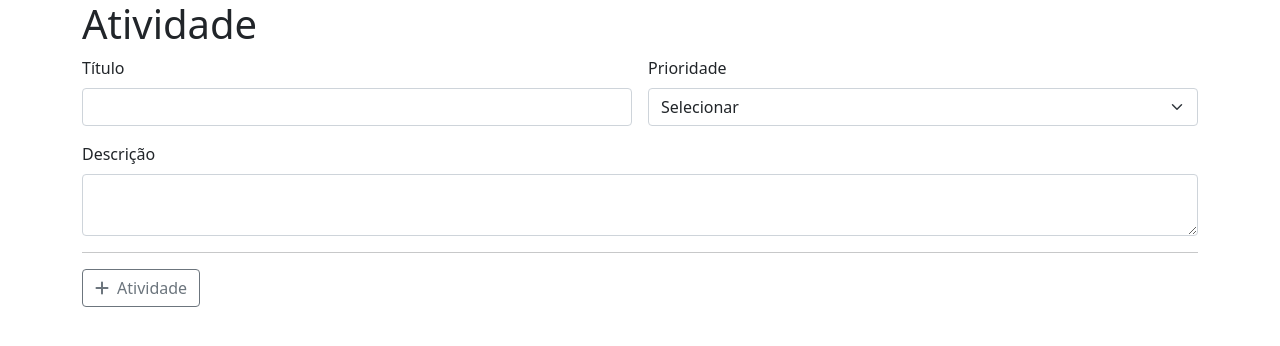
Repository: faribeiro/react-dotnetcore-efcore
Page: / (app in front/pro-atividade-app/)
The author's editor kept a copy of each file at every save. The page is drawn from the files as they stood at one save, then again after the next save.
The browser window is 1280 px wide. The pictures show the whole page.
The page's requests for data from a server got no answer. The project was rebuilt for these pictures with package versions that can differ from the ones it lists, and the page was loaded fresh each time. No one was signed in, and anything a server would have sent is missing. Also part of the build but not shown: front/pro-atividade-app/src/components/Atividade.js.

Above is the page before, as saved 2023-10-23 15:59:42.

After the next save:
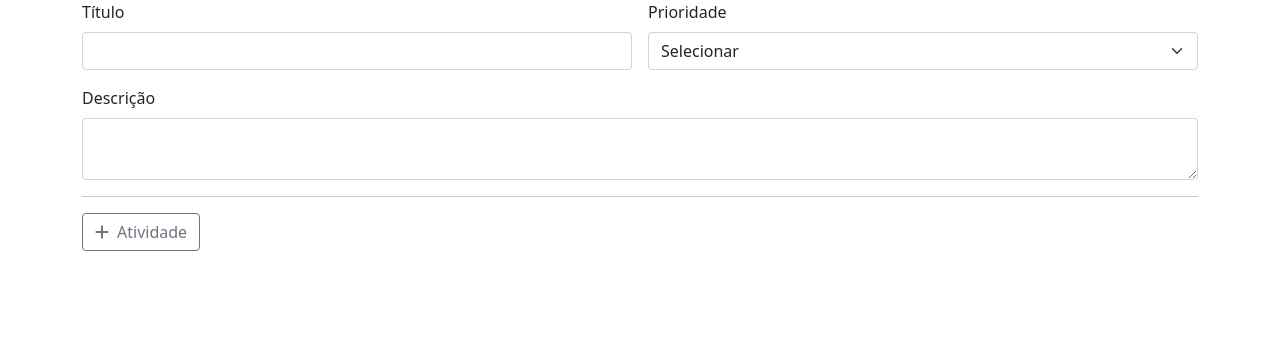
Saved 6 s later.
--- a/front/pro-atividade-app/src/components/AtividadeForm.js
+++ b/front/pro-atividade-app/src/components/AtividadeForm.js
@@ -53,7 +53,7 @@
   return (
     <>
 
-    <h1>Atividade {atividade.id !== 0 ? atividade.id : ''}</h1>
+
     <form className="row g-3" onSubmit={handleSubmit}>
       <div className="col-md-6">
         <label className="form-label">Título</label>

After the save that followed:
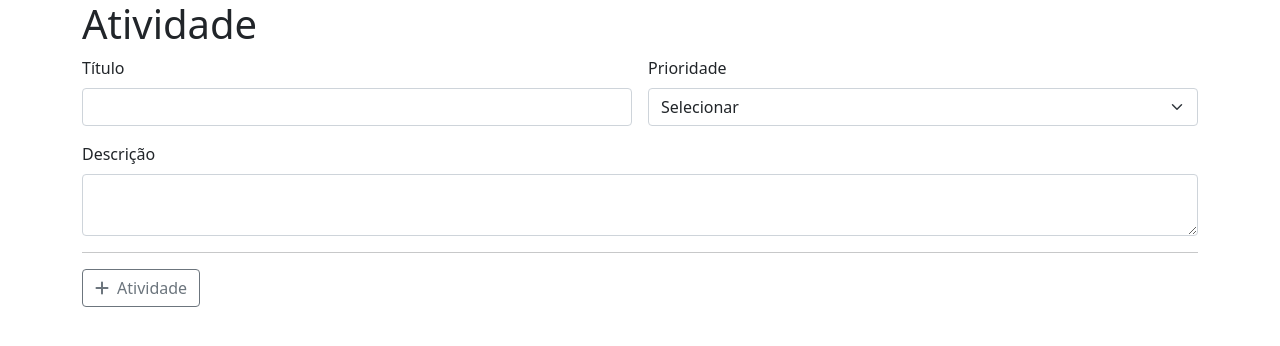
Saved 12 s later.
--- a/front/pro-atividade-app/src/components/AtividadeForm.js
+++ b/front/pro-atividade-app/src/components/AtividadeForm.js
@@ -53,7 +53,7 @@
   return (
     <>
 
-
+    <h1>Atividade {atividade.id !== 0 ? atividade.id : ''}</h1>
     <form className="row g-3" onSubmit={handleSubmit}>
       <div className="col-md-6">
         <label className="form-label">Título</label>
